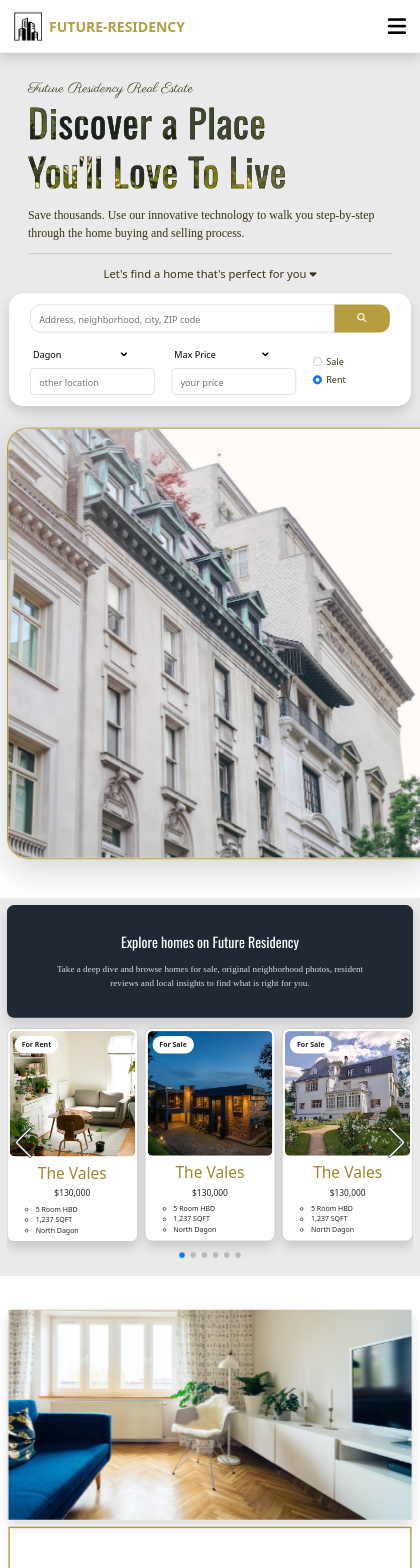
Repository: pyaestk/Future-residency
Page: index.html
These files come from the project's save history. The page is drawn as it stood at one moment and after the next save; the edit follows.
The browser window is 600 px wide. The pictures show the part of the page from y = 0 to 2240 px (the page is 4466 px tall before and 4250 px after), at 70% of full size.
Some web fonts or font styles are not loaded; a fallback is used.

Above is the page before, as saved 2022-12-13 20:47:48.

### index.html
<!doctype html>
<html lang="en">

<head>
  <meta charset="utf-8">
  <meta name="viewport" content="width=device-width, initial-scale=1, minimum-scale=1, maximum-scale=1 ">
  <title>FUTURE-RESIDENCY</title>
  <!--bootstrap-->
  <link href="https://cdn.jsdelivr.net/npm/bootstrap@5.2.3/dist/css/bootstrap.min.css" rel="stylesheet"
    integrity="sha384-rbsA2VBKQhggwzxH7pPCaAqO46MgnOM80zW1RWuH61DGLwZJEdK2Kadq2F9CUG65" crossorigin="anonymous">

  <!--custom css-->
  <link rel="stylesheet" href="style.css" type="text/css">
  <link rel="stylesheet" href="styleMobileview.css" type="text/css">
  <link rel="stylesheet" href="styleTabletview.css" type="text/css">

  <!--font awesome-->
  <link rel="stylesheet" href="https://cdnjs.cloudflare.com/ajax/libs/font-awesome/6.2.1/css/all.min.css"
    integrity="sha512-MV7K8+y+gLIBoVD59lQIYicR65iaqukzvf/nwasF0nqhPay5w/9lJmVM2hMDcnK1OnMGCdVK+iQrJ7lzPJQd1w=="
    crossorigin="anonymous" referrerpolicy="no-referrer" />

  <!--swiper js-->
  <link rel="stylesheet" href="https://cdn.jsdelivr.net/npm/swiper@8/swiper-bundle.min.css" />

</head>

<body>

  <!-- background -->
  <div class="background"></div>

  <!--navigation-->
  <nav class="shadow">
    <div class="logo-area">
      <img src="img/FUTURE_ReSIDENCY-removebg-preview.png" alt="logo" class="logo">
      <span>FUTURE-RESIDENCY</span>
    </div>


    <!--desktop-->
    <div class="navlinks" id="nav-right">
      <div class="icon closeMenubar shadow" onclick="hideMenu()">
        <i class="fa-solid fa-xmark"></i>
      </div>
      <ul>
        <li><a href="#">HOME</a></li>
        <li><a href="properties.html">PROPERTIES</a></li>
        <li><a href="aboutUs.html">ABOUT US</a></li>
        <li><a href="contactUs.html">CONTACT US</a></li>
        <a href="singIn.html" class="navibutton">JOIN</a></li>
      </ul>
    </div>
    <div class="icon openMenubar">
      <i class="fa-solid fa-bars" onclick="showMenu()"></i>
    </div>
  </nav>
  <!--end navigation-->


  <!--jumbotron-->
  <div class="jumbotron mb-5">
    <div class="row mt-3">

      <div class="col-md-7 content">
        <div class="row px-5 text-center">
          <div class="col-md-12 mt-4 px-1">
            <div class="subtext text-center">
              <h4 class="mb-0">Future Residency Real Estate</h4>
            </div>
            <p>Discover a Place <br> You'll Love To Live</p>
            <div class="subtext my-2 text-center">
              <span>Save thousands. Use our innovative technology to walk you
                step-by-step through the home buying and selling process.</span>
            </div>
            <hr>
          </div>
        </div>

        <div class="row justify-content-md-center formsession">
          <div class="col-md-12">
            <div class="mb-3 text-center">
              <span style="--delay: .4s;">
                Let's find a home that's perfect for you <i class="fa-sharp fa-solid fa-caret-down"></i>
              </span>
            </div>
            <div class="searchSection shadow  py-3 " style="--delay: 1s;">
              <div class="row">
                <div class="container input-group form-area mb-3 searchgroup">
                  <input type="text" class="form-control searchbar" placeholder="Address, neighborhood, city, ZIP code">
                  <button><i class="fa-solid fa-magnifying-glass"></i></button>
                </div>
              </div>
              <div class="row">
                <div class="col-md-5 col">
                  <select name="" id="">
                    <option value="">Dagon</option>
                    <option value="">North Dagon</option>
                    <option value="">Yankin</option>
                    <option value="">San Chaung</option>
                  </select>
                  <input type="text" class="form-control" placeholder="other location">
                </div>
                <div class="col-md-5 col">
                  <select name="" id="">
                    <option value="">Max Price</option>
                    <option value="">Average</option>
                    <option value="">Min Price</option>
                  </select>
                  <input type="text" class="form-control" placeholder="your price">
                </div>
                <div class="col-md-2 pt-3 col-3">
                  <div class="form-check">
                    <input class="form-check-input" type="radio" name="flexRadioDefault" id="flexRadioDefault1">
                    <label class="form-check-label" for="flexRadioDefault1">
                      Sale
                    </label>
                  </div>
                  <div class="form-check">
                    <input class="form-check-input" type="radio" name="flexRadioDefault" id="flexRadioDefault2" checked>
                    <label class="form-check-label" for="flexRadioDefault2">
                      Rent
                    </label>
                  </div>
                </div>
              </div>
            </div>
          </div>
        </div>
      </div>

      <div class="col-md-5 text-center customCarousel my-2">
        <div id="carouselExampleCaptions" class="carousel slide w-100" data-bs-ride="true">
          <div class="carousel-inner carouselborder shadow-lg">
            <div class="carousel-item active">
              <img src="img/pexels-alesia-talkachova-2768311.jpg" alt="">
            </div>
            <div class="carousel-item">
              <video src="img/carouselvideo1.mp4" autoplay loop muted></video>
            </div>
            <div class="carousel-item">
              <img src="img/pexels-mathias-reding-5331975.jpg" alt="">
            </div>
          </div>
          <button class="carousel-control-next" type="button" data-bs-target="#carouselExampleCaptions"
            data-bs-slide="next">
            <span class="carousel-control-next-icon" aria-hidden="true"></span>
            <span class="visually-hidden">Next</span>
          </button>
        </div>
      </div>
    </div>
  </div>
  <!--end jumbotron-->

  <div class="group1">
    <div class="row">

      <div class="col-md-4">
        <div class="row label2 shadow">
          <div class="col-md-12 text-center" >

            <h3 id="reveal2">Explore homes on Future Residency</h3>
            <p class="sublabel" id="reveal3" style="font-family: 'Cormorant Infant', serif;">
              Take a deep dive and browse homes for sale, original neighborhood photos, resident reviews and local
              insights to find what is right for you.
            </p>

          </div>
        </div>
      </div>

      <div class="col-md-8">

        <div class="row featuredcard">
          <div class="col-md-12">
            <!--index swiperJs-->
            <div class="swiper mySwiper">
              <div class="swiper-wrapper mb-4">
                <div class="swiper-slide">

                  <div class="card salecard shadow">
                    <div class="salecard-img">
                      <img src="img/apartment1.jpg" class="card-img-top" alt="...">
                      <div class="layer">
                        <a href="saleItem.html" class="text-decoration-none text-white"><h6> See More <i class="fa-sharp fa-solid fa-arrow-right-from-bracket"></i></h6></a>
                      </div>
                      <div class="layer2">
                        <span>For Rent</span>
                      </div>
                    </div>
                    <div class="salecard-body">
                      <div class="row">
                        <div class="col-md-12 text-center">
                          <h4>The Vales</h4>
                          <h6>$130,000</h6>
                        </div>
                        <div class="col-md-12">
                          <li>5 Room HBD</li>
                          <li>1,237 SQFT</li>
                          <li>North Dagon</li>
                        </div>
                      </div>
                    </div>
                  </div>

                </div>
                <div class="swiper-slide">

                  <div class="card salecard shadow">
                    <div class="salecard-img">
                      <img src="img/house3.jpg" class="card-img-top" alt="...">
                      <div class="layer">
                        <h6> See More <i class="fa-sharp fa-solid fa-arrow-right-from-bracket"></i></h6>
                      </div>
                      <div class="layer2">
                        <span>For Sale</span>
                      </div>
                    </div>
                    <div class="salecard-body">
                      <div class="row">
                        <div class="col-md-12 text-center">
                          <h4>The Vales</h4>
                          <h6>$130,000</h6>
                        </div>
                        <div class="col-md-12">
                          <li>5 Room HBD</li>
                          <li>1,237 SQFT</li>
                          <li>North Dagon</li>
                        </div>
                      </div>
                    </div>
                  </div>

                </div>
                <div class="swiper-slide">

                  <div class="card salecard shadow">
                    <div class="salecard-img">
                      <img src="img/house1.jpg" class="card-img-top" alt="...">
                      <div class="layer">
                        <h6> See More <i class="fa-sharp fa-solid fa-arrow-right-from-bracket"></i></h6>
                      </div>
                      <div class="layer2">
                        <span>For Sale</span>
                      </div>
                    </div>
                    <div class="salecard-body">
                      <div class="row">
                        <div class="col-md-12 text-center">
                          <h4>The Vales</h4>
                          <h6>$130,000</h6>
                        </div>
                        <div class="col-md-12">
                          <li>5 Room HBD</li>
                          <li>1,237 SQFT</li>
                          <li>North Dagon</li>
                        </div>
                      </div>
                    </div>
                  </div>

                </div>
                <div class="swiper-slide">

                  <div class="card salecard shadow">
                    <div class="salecard-img">
                      <img src="img/house5.jpg" class="card-img-top" alt="...">
                      <div class="layer">
                        <h6> See More <i class="fa-sharp fa-solid fa-arrow-right-from-bracket"></i></h6>
                      </div>
                      <div class="layer2">
                        <span>For Sale</span>
                      </div>
                    </div>
                    <div class="salecard-body">
                      <div class="row">
                        <div class="col-md-12 text-center">
                          <h4>The Vales</h4>
                          <h6>$130,000</h6>
                        </div>
                        <div class="col-md-12">
                          <li>5 Room HBD</li>
                          <li>1,237 SQFT</li>
                          <li>North Dagon</li>
                        </div>
                      </div>
                    </div>
                  </div>

                </div>
                <div class="swiper-slide">

                  <div class="card salecard shadow">
                    <div class="salecard-img">
                      <img src="img/house10.jpg" class="card-img-top" alt="...">
                      <div class="layer">
                        <h6> See More <i class="fa-sharp fa-solid fa-arrow-right-from-bracket"></i></h6>
                      </div>
                      <div class="layer2">
                        <span>For Sale</span>
                      </div>
                    </div>
                    <div class="salecard-body">
                      <div class="row">
                        <div class="col-md-12 text-center">
                          <h4>The Vales</h4>
                          <h6>$130,000</h6>
                        </div>
                        <div class="col-md-12">
                          <li>5 Room HBD</li>
                          <li>1,237 SQFT</li>
                          <li>North Dagon</li>
                        </div>
                      </div>
                    </div>
                  </div>

                </div>
                <div class="swiper-slide">

                  <div class="card salecard shadow">
                    <div class="salecard-img">
                      <img src="img/apartment5.jpg" class="card-img-top" alt="...">
                      <div class="layer">
                        <h6> See More <i class="fa-sharp fa-solid fa-arrow-right-from-bracket"></i></h6>
                      </div>
                      <div class="layer2">
                        <span>For Rent</span>
                      </div>
                    </div>
                    <div class="salecard-body">
                      <div class="row">
                        <div class="col-md-12 text-center">
                          <h4>The Vales</h4>
                          <h6>$130,000</h6>
                        </div>
                        <div class="col-md-12">
                          <li>5 Room HBD</li>
                          <li>1,237 SQFT</li>
                          <li>North Dagon</li>
                        </div>
                      </div>
                    </div>
                  </div>

                </div>

              </div>

              <div class="swiper-button-next" style="color: #ffffff;   -webkit-text-stroke-width: 1px;
              -webkit-text-stroke-color: #1F2833;"></div>

              <div class="swiper-button-prev text-light" style="color: #ffffff;   -webkit-text-stroke-width: 1px;
              -webkit-text-stroke-color: #1F2833;"></div>

              <div class="swiper-pagination"></div>
            </div>
          </div>
          <!--swiperJs end-->
        </div>
      </div>

    </div>
  </div>
  <!--group1 end-->




  <div class="container-fluid pt-5">
    <div class="row pic-container">
      <div class="col-md-7">
        <div class="pic1">
          <img class="shadow" src="img/jarek-ceborski-jn7uVeCdf6U-unsplash.jpg" alt="" id="reveal2">
        </div>
      </div>
      <div class=" col-md-5 d-flex flex-column justify-content-center">
        <div class="pic1-caption d-flex flex-column justify-content-center px-5 align-items-center" >
          <h3 id="reveal">We Offer Best Apartments</h3>
          <span id="reveal2">Lorem ipsum dolor sit amet consectetur adipisicing elit.
             Tempore nobis sit voluptatum accusamus harum impedit debitis.
             Velit sit ad eaque.
          </span>
          <a href="properties.html" class="text-decoration-none"><h6 id="reveal3">Find Now <i class="fa-solid fa-magnifying-glass-arrow-right"></i></h6></a>
        </div>
      </div>
    </div>
  </div>
  <div class="container-fluid pt-2">
    <div class="row mt-3">
      <div class="col-md-4 vid">
        <video class="shadow" src="img/1624370561481-FbR_sea_fin_2905 - converted with Clipchamp.mp4" muted autoplay loop poster="img/Screenshot 2022-12-05 124058.jpg" id="reveal2"></video>
      </div>
      <div class=" col-md-8 d-flex flex-column justify-content-center">
        <div class="vid-caption px-5 d-flex flex-column justify-content-center align-items-center" >
          <h3 id="reveal">We Offer Best Location</h3>
          <span id="reveal2">Lorem ipsum dolor sit amet consectetur adipisicing elit.
            Tempore nobis sit voluptatum accusamus harum impedit debitis.
            Velit sit ad eaque.
            Lorem ipsum dolor sit amet consectetur adipisicing elit. Unde, rerum?
          </span>
          <a href="properties.html" class="text-decoration-none"><h6 id="reveal3">Find Now <i class="fa-solid fa-magnifying-glass-arrow-right"></i></h6></a>
        </div>
      </div>

    </div>
  </div>

  <div class="container-fluid pt-2 mb-5">
    <div class="row mt-3 pic2-container">

      <div class=" col-md-5 d-flex flex-column justify-content-center">
        <div class="pic2-caption px-5 d-flex flex-column justify-content-center align-items-center">
          <h3 id="reveal">We Offer Best Houses</h3>
          <span id="reveal2">Lorem ipsum dolor sit amet consectetur adipisicing elit.
            Tempore nobis sit voluptatum accusamus harum impedit debitis.
            Velit sit ad eaque.
          </span>
          <a href="properties.html" class="text-decoration-none"><h6 id="reveal3">Find Now <i class="fa-solid fa-magnifying-glass-arrow-right"></i></h6></a>
        </div>
      </div>
      <div class="col-md-7 pic2">
        <img class="shadow" src="img/stephan-bechert-yFV39g6AZ5o-unsplash.jpg" alt="" id="reveal">
      </div>

    </div>
  </div>



  <!--footer-->
  <div class="footer pt-5">
    <div class="container text-center text-white">
      <div class="row">
        <div class="col-md-12 my-5" id="reveal3">
          <h2><img src="img/FUTURE_ReSIDENCY-removebg-preview-modified.png" alt="logo" class="logo pb-2"><span>
              FUTURE-RESIDENCY </span> Real Estate</h2>
        </div>
      </div>
      <div class="row pb-5 gap-5 justify-content-md-center">
        <div class="col col-md-3" id="reveal3">
          </ul>
          <h5>Our company</h5>
          <div>about us</div>
          <div>privacy policy</div>
          <div>terms of service</div>
        </div>
        <div class="col-md-auto" id="reveal3">
          <h5>Advertise with Us</h5>
          <div>list a property</div>
          <div>business solutions</div>
        </div>
        <div class="col col-md-3" id="reveal3">
          <h5>Let us Help</h5>
          <div>avoid scams</div>
          <div>contact us</div>
          <div>site map</div>
        </div>
      </div>
      <hr>
      <div class="row text-center pb-2">
        <div class="col-md-12">
          <span class="copyright" id="reveal3">© 2022 Rent Group Inc. All rights reserved. All photos, videos, text and other content
            are the property of Future-Residency Group Inc. APARTMENT GUIDE and the APARTMENT GUIDE Trade Dress
            are registered trademarks of Future-Residency Inc. or its affiliates.</span>
        </div>
      </div>
    </div>
  </div>



  <!--swiper js-->
  <script src="https://cdn.jsdelivr.net/npm/swiper@8/swiper-bundle.min.js"></script>

  <!--javascript-->
  <script src="app.js"></script>

  <!--bootstrap-->
  <script src="https://cdn.jsdelivr.net/npm/bootstrap@5.2.3/dist/js/bootstrap.bundle.min.js"
    integrity="sha384-kenU1KFdBIe4zVF0s0G1M5b4hcpxyD9F7jL+jjXkk+Q2h455rYXK/7HAuoJl+0I4"
    crossorigin="anonymous"></script>
</body>

</html>

### styleMobileview.css

/* mobile view */

@media only screen and (max-width: 767px) {

  /* navigation */
  .icon{
    display: block;
    cursor: pointer;
  }
  nav{
    z-index: 1000;
  }
  .navlinks{
    position: absolute;
    background-color: rgb(216, 216, 216);
    height: 100vh;
    width: 100vw;
    top: 0;
    right: -100vw;
    text-align: left;
    z-index: 10;
    transition: .7s;
    overflow-y: hidden;
    padding-bottom: 50px;
  }
  .navlinks ul li a{
    color: black;
  }
  .navlinks ul li{
    display: block;
    margin: 50px 0;
    border-radius: 20px;
  }
  .navlinks ul{
    padding-left: 0;
    text-align: center;
  }
  .navibutton{
    margin-left: 0;
    color: black;
    border: 2px solid black;
  }
  .navlinks .closeMenubar{
    background-color: white;
    display: block;
    padding: 15px 20px;
    text-align: end;
    position: sticky;
    top: 0;
  }
  /* navigation end */

  /* jumbotron */
  .jumbotron p{
    font-size: 55px;
    text-align: start;
  }
  .subtext h4{
    font-size: 20px;
    text-align: start!important;
  }
  .subtext{
    font-size: 17px;
    text-align: start!important;
  }
  .indexBackground{
    background: linear-gradient(90deg, #EAEAEA 65%, #EAEAEA -30%);
  }
  .searchSection{
    margin: 10px 13px;
  }
  .customCarousel{
    margin-left: 10px;
  }
  .carousel-control-next{
    padding-right: 30px;
  }
  /* jumbotron end */

  /* first group */
  .group1{
    padding-top: 10px;
    padding-bottom: 10px;
  }
  .label2{
    margin-left: 10px;
    border-radius: 10px;
    margin: 0 10px;
    padding: 40px 15px 40px 15px;
  }
  .label2 h3{
    font-size: 20px;
  }
  .sublabel{
    font-size: 13px;
    padding-top: 10px;
  }
  .salecard li{
    padding-left: 20px;
  }
  .featuredcard{
    padding: 0 10px;
  }
  /* second group */
  .group2 .col-md-8{
    order: 2;
  }
  .label{
    margin: 10px!important;
    padding: 30px 0;
    border-radius: 5px 20px 20px 5px;
  }
  .label h3{
    font-size: 20px;
    padding: 20px 10px;
  }


  .salecard h6{
    font-size: 12px;
    padding-bottom: 0;
  }
  .salecard li{
    font-size: 10px;
    list-style-type: circle;
  }
  .layer h5{
    font-size: 12px;
  }

  .layer2{
    font-size: 10px;
    padding: 3px 3px;
  }
  .pic2-container .col-md-5{
    order: 2;
  }
  .pic1-caption, .pic2-caption{
    margin-top: 10px;
  }
  .vid-caption{
    margin-top: 5px;
  }

  /* properties */
  .searchSection{
    font-size: 13px;
  }
  .searchSection input::placeholder{
    font-size: 13px;
  }

  /* aboutUs */
  .ourhistory .label2{
    color: white;
    background-color: #1F2833;
    margin-left: 10px;
    border-radius: 5px;
    margin: 10px 10px;
    padding: 10px;
  }
  .ourhistory .history{
    border-radius: 20px 5px 5px 20px;
    margin: 30px 10px 19px 10px!important;
  }
  .history{
    text-align: justify;
  }
  .locationsession{
    text-align: center;
    margin: 10px;
  }
  .aboutUscard-container{
    padding-left: 0px!important;
    margin: 0!important;
  }
  .aboutUscard{
    width: 100%;
    margin-top: 30px;
    padding: 30px 10px 10px 30!important;
  }
  .aboutUs .label{
    border-radius: 5px;
  }

  /* contact us */
  .contactsession .cards{
    width: 320px;
  }
  .contactsession .card-body{
    padding: 25px 5px;
  }
  .contactsession h3{
    font-size: 15px;
  }
  .card-text{
    font-size: 14px;
  }
  .contactCard{
    height: 300px;
  }
  .contactCard h4{
    font-size: 18px;
  }
  .contactCard h6{
    font-size: 14px;
  }
  .contactCard p{
    font-size: 12px;
  }

  /* sign in page */
  .login-form{
    min-height: 60vh;
  }
  .login-video{
    margin-top: 25px;
  }
  .loginlayer{
    width: 270px;
  }
  .loginlayer h3{
    font-size: 20px;
  }
  .loginlayer h6{
    font-size: 13px;
  }

  /* saleitem page */
  .itemDetail{
    margin-top: 25px;
    margin-bottom: 30px;
  }

  /* footer */
  .footer h2{
    font-size: 19px;
  }
  .footer h5{
    font-size: 17px;
  }
  .footer{
    font-size: 12px;
  }
  .footer .copyright{
    font-size: 12px;
  }

}

### styleTabletview.css

/* mobile view */

@media only screen and (min-width: 768px) and (max-width: 1100px) {
   /* navigation */
  .logo-area span{
    display: none;
  }

  /* jumbotron */
  .jumbotron p{
    font-size: 30px;
    line-height: 35px;
  }
  .subtext h4, .subtext{
    font-size: 13px;
  }
  .indexBackground{
    background: linear-gradient(90deg, #EAEAEA 65%, #EAEAEA -30%);
  }
  .searchSection{
    margin: 10px 10px 10px 30px;
    padding: 10px 20px;
  }
  .carouselborder{
    height: 400px;
  }
  .carouselborder img{
    /* max-height: 129vh; */
    height: 400px;
  }
  .carousel-control-next{
    padding-right: 30px;
  }
  .formsession span{
    font-size: 13px;
  }
  /* jumbotron end */

  /* first group */
  .group1{
    padding-top: 10px;
    padding-bottom: 10px;
  }
  .label2{
    border-radius: 10px;
    padding: 40px 15px 40px 15px;
  }
  .label2 h3{
    font-size: 20px;
  }
  .sublabel{
    font-size: 13px;
    padding-top: 10px;
  }
  .salecard li{
    padding-left: 20px;
  }
  .featuredcard{
    padding: 0 10px;
  }
  /* second group */
  .label{
    color: #1F2833;
    background-color: white;
    margin: 0 10px;
    border-radius: 10px;
  }
  .label h3{
    font-size: 20px;
    padding: 20px 10px;
  }

  .housecard .salecard{
    width: 230px;
    padding: 0;
  }

  .salecard h6{
    font-size: 12px;
    padding-bottom: 0;
  }
  .salecard li{
    font-size: 10px;
    padding-left: 20px;
    list-style-type: circle;
  }
  .layer h5{
    font-size: 12px;
  }

  .layer2{
    font-size: 10px;
    padding: 3px 3px;
  }

  /* properties */
  .searchSection{
    font-size: 13px;
  }
  .searchSection input::placeholder{
    font-size: 13px;
  }

  /* aboutUs */
  .ourhistory .label2{
    color: white;
    background-color: #1F2833;
    padding: 10px;
    margin-right: 0!important;
  }
  .ourhistory .history{
    border-radius: 20px 5px 5px 20px;
    margin-left: 0!important;
  }
  .history{
    text-align: justify;
    font-size: 10px;
  }
  .locationsession{
    text-align: center;
    margin: 10px;
  }
  .about-caption{
    font-size: 13px;
  }
  .conclusion h3{
    font-size: 20px;
  }
  .conclusion p{
    font-size: 13px;
    text-align: justify;
  }

  /* contact us */
  .contactsession h3{
    font-size: 16px;
  }
  .card-text{
    font-size: 14px;
  }
  .contactCard{
    height: 300px;
  }
  .contactCard h4{
    font-size: 18px;
  }
  .contactCard h6{
    font-size: 14px;
  }
  .contactCard p{
    font-size: 12px;
  }
  .locationsession h4{
    font-size: 15px;
  }
  .question span{
    font-size: 13px;
  }

  /* sign in page */
  .login-form{
    margin-top: 25px;
    min-height: 60vh;
  }
  .login-video{
    margin-top: 25px;
  }
  .loginlayer{
    width: 270px;
  }
  .loginlayer h3{
    font-size: 20px;
  }
  .loginlayer h6{
    font-size: 13px;
  }

  /* saleitem page */
  .itemDetail{
    margin-top: 25px;
    margin-bottom: 30px;
  }
  .itemimage{
    position: relative;
    top: 25px;
  }
  }

Loaded but not shown: app.js (123 lines, source omitted); style.css (723 lines, source omitted)

After the next save:
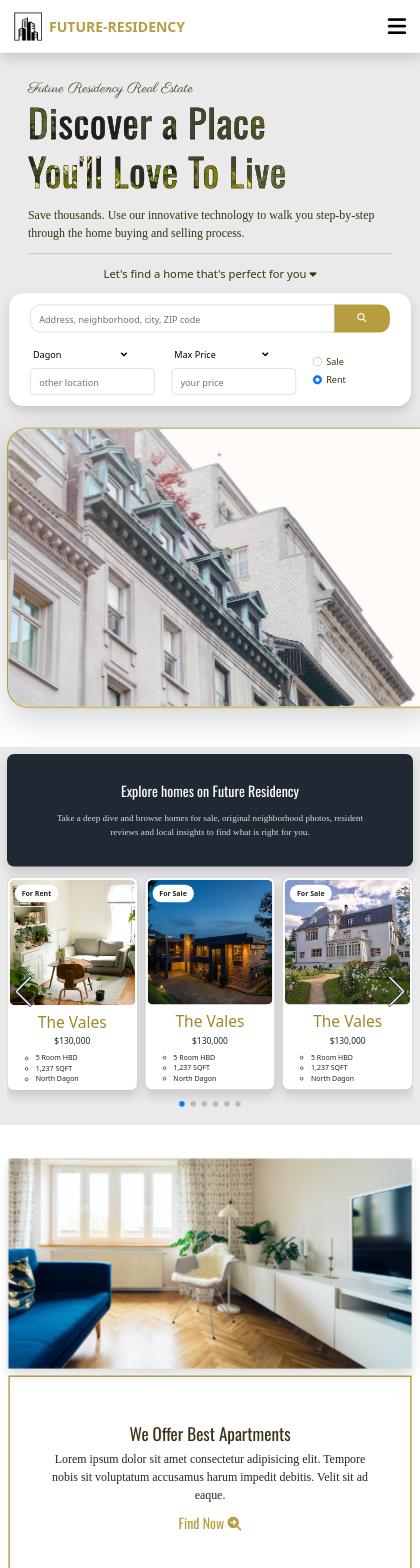
Saved 75 s later.
--- a/styleMobileview.css
+++ b/styleMobileview.css
@@ -52,6 +52,8 @@
   /* navigation end */
 
   /* jumbotron */
+
+
   .jumbotron p{
     font-size: 55px;
     text-align: start;
@@ -75,6 +77,24 @@
   }
   .carousel-control-next{
     padding-right: 30px;
+  }
+  .carouselborder img{
+    width: 100%;
+    height: 77vh;
+    object-position: center;
+    object-fit: cover;
+    transition: 1s;
+  }
+  .carouselborder video{
+    width: 100%;
+    height: 77vh;
+    object-position: bottom;
+    object-fit: cover;
+  }
+  .carouselborder{
+    border-radius: 30px 0 0 30px;
+    height: 50vh;
+    border: 2px solid #b69e40;
   }
   /* jumbotron end */
 
